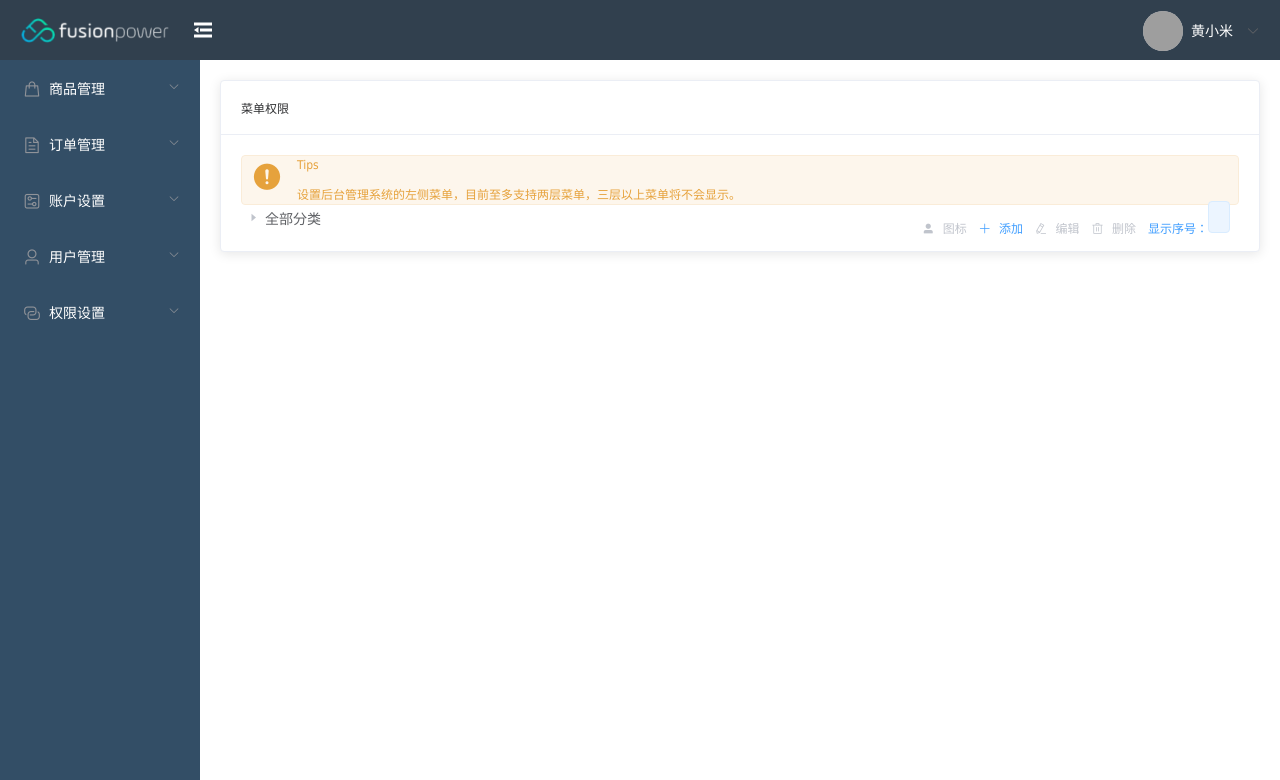
Repository: HanNing-cyber/vue-cms-project
Page: /#/auth/menu
An editor plug-in stored every save of this project. The page is shown before and after the next save, followed by the edit.
The browser window is 1280 px wide. The pictures show the whole page.
Pictures or frames that could not be fetched are drawn as grey boxes. The project was rebuilt for these pictures with package versions that can differ from the ones it lists, and the page was loaded fresh each time. Also part of the build but not shown: vue.config.js, src/views/Login.vue, src/views/Register.vue.

Above is the page before, as saved 2020-05-06 00:35:35.

After the next save:
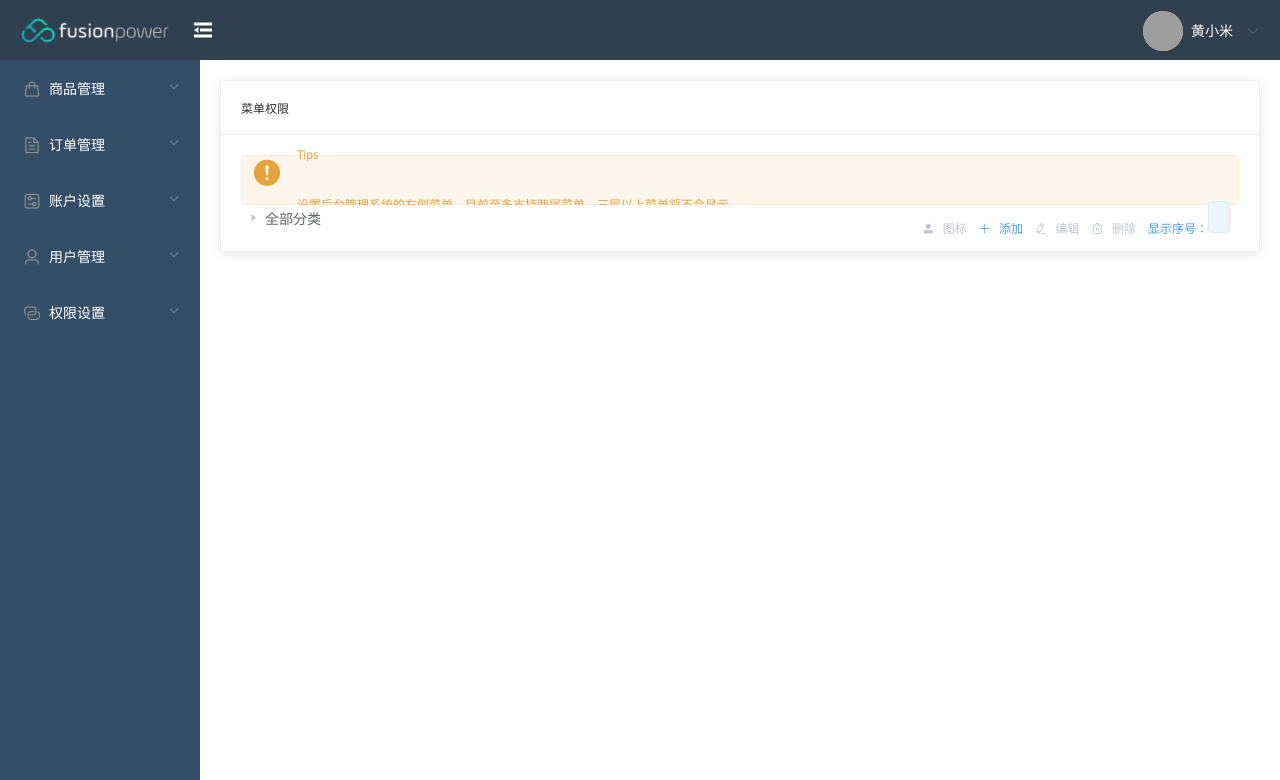
Saved 12 s later.
--- a/src/views/Auth/Menu.vue
+++ b/src/views/Auth/Menu.vue
@@ -222,6 +222,7 @@
 	}
 	.tip-tag{
 		height: 50px;
+		line-height: 50px;
 		display: flex;
 		justify-content: flex-start;
 		align-items: center;
